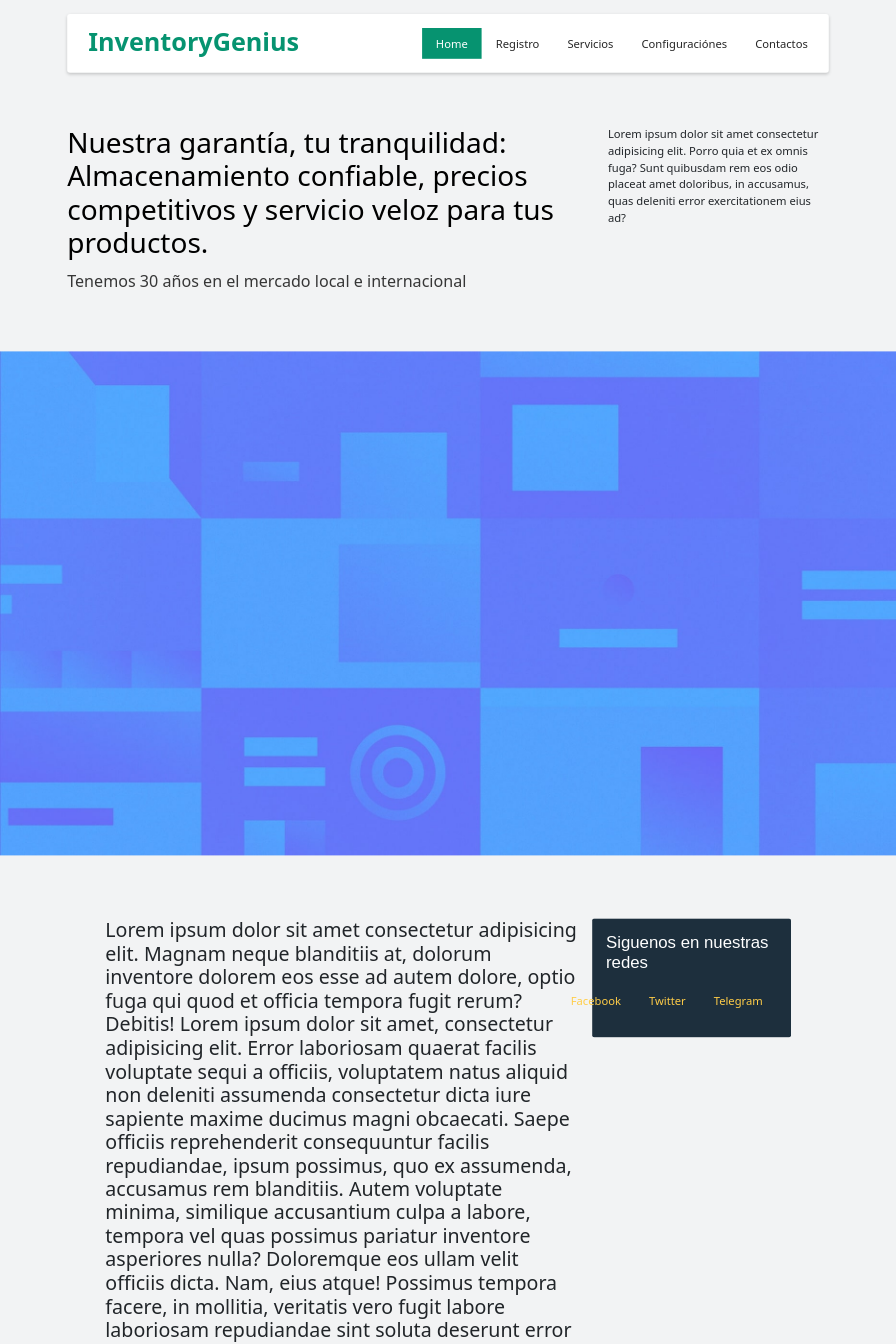
Repository: Sirius018/InventoryGenius
Page: http://localhost/Home
The author's editor kept a copy of each file at every save. The page is drawn from the files as they stood at one save, then again after the next save.
The browser window is 1280 px wide. The pictures show the part of the page from y = 0 to 1920 px (the page is 4127 px tall), at 70% of full size.
The page is this project's Thymeleaf template; nobody is signed in. The template is opened directly, without the code that normally fills it, so the values that code supplies are empty.

Above is the page before, as saved 2023-06-06 18:04:26.

### ADW/InventoryGenius/src/main/resources/templates/Home.html
<!DOCTYPE html>
<html lang="en" xmlns:th="http://www.thymeleaf.org">
<head>
    <meta charset="UTF-8">
    <meta http-equiv="X-UA-Compatible" content="IE=edge">
    <meta name="viewport" content="width=device-width, initial-scale=1.0">
    <link href="https://stackpath.bootstrapcdn.com/font-awesome/4.7.0/css/font-awesome.min.css" rel="stylesheet">
    <link href="https://cdn.jsdelivr.net/npm/bootstrap@5.3.0/dist/css/bootstrap.min.css" rel="stylesheet" integrity="sha384-9ndCyUaIbzAi2FUVXJi0CjmCapSmO7SnpJef0486qhLnuZ2cdeRhO02iuK6FUUVM" crossorigin="anonymous">

    <title>Home - Inventory Genius</title>
    <style>
        /********************************** RESET PROPIEDADES **********************************/
* {
    margin: 0;
    padding: 0;
    box-sizing: border-box;
}

body{
   background: #F2F3F4;
}
/************************************************************************************************************/



.content-navbar{
    position: relative;
    max-width: 85%;
    margin: 20px auto;
    padding: 10px;
    background: #fff;
    box-sizing: border-box;
    border-radius: 4px;
    box-shadow: 0 2px 5px rgba(0,0,0,.2);
}

.logo{
    color: #069370;
    height: 60px;
    line-height: 60px;
    padding: 0 20px;
    font-size: 36px;
    text-align: center;
    float: left;
    font-weight: 700;
    text-decoration: none;
}

nav{
    float: right;
}

.clearfix{
    clear: both;
}

nav ul{
    margin: 0;
    padding: 0;
    display: flex;
}

nav ul li{
    list-style: none;
}

nav ul li a{
    display: block;
    margin: 10px 0;
    padding: 10px 20px;
    text-decoration: none;
    color: #262626;
}

nav ul li a:hover,
nav ul li a.active{
    background: #069370;
    color: #fff;
    transition: .5s;
}

@media (max-width: 900px) {
    header{
        margin: 20px;
    }
}

@media (max-width: 768px) {
    .menu-toggle{
        display: block;
        width: 40px;
        height: 40px;
        margin: 10px;
        float: right;
        cursor: pointer;
        text-align: center;
        font-size: 30px;
        color: #096370;
    }
    .menu-toggle::before{
        content: '\f0c9';
        font-family: fontAwesome;
        line-height: 40px;

    }
    .menu-toggle.active:before{
        content: '\f00d';
    }
    nav{
        display: none;
    }
    nav.active{
        display: block;
        width: 100%;
    }
    nav.active ul{
        display: block;
    }
    nav.active ul li a{
        margin: 0;
    }
}






main{
    width: 90%;
    margin: 0 auto;
}

.content-title{
    position: relative;
    width: 85%;
    margin: 0 auto;
    text-align:left;
    display: flex;
}

.intert-mid .content-title .lema{
    width: 69%;
    margin-right: 1%;
}
.intert-mid .content-title h1{
    color: #000;
}

.content-title h1 span{
    font-size: 23px;
    color: #363636;
}

.intert-mid .content-title .vacio{
    width: 29%;
    margin-left: 1%;
}

.contenedor-imagen {
	height: 100vh;
    width: 100%;
    margin: 0 auto;
    image-rendering: crisp-edges;
}

.contenedor-imagen img {
	width: 100%;
	height: 100%;
	vertical-align: top;
	object-fit: cover;
	object-position: 0 bottom;
}




main .content-main{
    width: 85%;
    display: flex;
    margin: 0 auto;
}

.content-main .info{
    position: relative;
    min-width: 69%;
    margin: 15px 0;
    margin-right: 1%;
}
.content-main .content-aside{
    position: relative;
    min-width:29%;
    margin: 15px 0 ;
    height: 100%;
	background: #1D2F3D;
	padding: 20px;
	border-radius: 3px;
	position: sticky;
	top: 20px;
    margin-left: 1%;
}


.content-aside .aside-redes{
    font-family: 'Montserrat', sans-serif;
    color: #fff;
    text-align: left;
	/*font-weight: normal;*/
}


.content-aside .indice ul{
    display: flex;
}
.content-aside .indice ul li a{
    color: #FFCD48
}


/*pagina de referencia: https://webflow.com/blog/business-website-examples  */



/* separacion arriva-abajo de los componentes padres */
.content-title, .contenedor-imagen, main{
    margin: 75px auto;
}



footer{
   width: 90%;
   margin: 50px auto;
   display: block;
}
    </style>
</head>
<body>

	<header class="asssssss">
        <div class="content-navbar">
            <a class="logo" href="#">InventoryGenius</a>
            <div class="menu-toggle"></div>
            <nav>
                <ul>
                    <li><a class="active" href="#">Home</a></li>
                    <li><a href="#">Registro</a></li>
                    <li><a href="#">Servicios</a></li>
                    <li><a href="#">Configuraciónes</a></li>
                    <li><a href="#">Contactos</a></li>
                </ul>
            </nav>
            <div class="clearfix"></div>
        </div>
    </header>

    <div class="intert-mid">
        <div class="content-title">
            <div class="lema">
                <h1>Nuestra garantía, tu tranquilidad: Almacenamiento confiable, precios competitivos y servicio veloz para tus productos. <br><span>Tenemos 30 años en el mercado local e internacional</span></h1>
            </div>
            <div class="vacio">
                <p>Lorem ipsum dolor sit amet consectetur adipisicing elit. Porro quia et ex omnis fuga? Sunt quibusdam rem eos odio placeat amet doloribus, in accusamus, quas deleniti error exercitationem eius ad?</p>
            </div>
        </div>
        <div class="contenedor-imagen">
            <a href="#blog">
                <img src="../static/master_image/image_home/back-img.jpeg" alt="">
            </a>
        </div>
    </div>


    <main>
        <div class="content-main">
            <div class="info">
                <h3>Lorem ipsum dolor sit amet consectetur adipisicing elit. Magnam neque blanditiis at, dolorum inventore dolorem eos esse ad autem dolore, optio fuga qui quod et officia tempora fugit rerum? Debitis!
                    Lorem ipsum dolor sit amet, consectetur adipisicing elit. Error laboriosam quaerat facilis voluptate sequi a officiis, voluptatem natus aliquid non deleniti assumenda consectetur dicta iure sapiente maxime ducimus magni obcaecati.
                    Saepe officiis reprehenderit consequuntur facilis repudiandae, ipsum possimus, quo ex assumenda, accusamus rem blanditiis. Autem voluptate minima, similique accusantium culpa a labore, tempora vel quas possimus pariatur inventore asperiores nulla?
                    Doloremque eos ullam velit officiis dicta. Nam, eius atque! Possimus tempora facere, in mollitia, veritatis vero fugit labore laboriosam repudiandae sint soluta deserunt error distinctio unde illo ab. Accusantium, numquam.</h3>
                    <h3>Lorem ipsum dolor sit amet consectetur adipisicing elit. Magnam neque blanditiis at, dolorum inventore dolorem eos esse ad autem dolore, optio fuga qui quod et officia tempora fugit rerum? Debitis!
                        Lorem ipsum dolor sit amet, consectetur adipisicing elit. Error laboriosam quaerat facilis voluptate sequi a officiis, voluptatem natus aliquid non deleniti assumenda consectetur dicta iure sapiente maxime ducimus magni obcaecati.
                        Saepe officiis reprehenderit consequuntur facilis repudiandae, ipsum possimus, quo ex assumenda, accusamus rem blanditiis. Autem voluptate minima, similique accusantium culpa a labore, tempora vel quas possimus pariatur inventore asperiores nulla?
                        Doloremque eos ullam velit officiis dicta. Nam, eius atque! Possimus tempora facere, in mollitia, veritatis vero fugit labore laboriosam repudiandae sint soluta deserunt error distinctio unde illo ab. Accusantium, numquam.</h3>
                        <h3>Lorem ipsum dolor sit amet consectetur adipisicing elit. Magnam neque blanditiis at, dolorum inventore dolorem eos esse ad autem dolore, optio fuga qui quod et officia tempora fugit rerum? Debitis!
                            Lorem ipsum dolor sit amet, consectetur adipisicing elit. Error laboriosam quaerat facilis voluptate sequi a officiis, voluptatem natus aliquid non deleniti assumenda consectetur dicta iure sapiente maxime ducimus magni obcaecati.
                            Saepe officiis reprehenderit consequuntur facilis repudiandae, ipsum possimus, quo ex assumenda, accusamus rem blanditiis. Autem voluptate minima, similique accusantium culpa a labore, tempora vel quas possimus pariatur inventore asperiores nulla?
                            Doloremque eos ullam velit officiis dicta. Nam, eius atque! Possimus tempora facere, in mollitia, veritatis vero fugit labore laboriosam repudiandae sint soluta deserunt error distinctio unde illo ab. Accusantium, numquam.</h3>
            </div>
            <div class="content-aside">
                <h4 class="aside-redes">Siguenos en nuestras redes</h4>
				<nav class="indice">
					<ul>
                        <li><a href="">Facebook</a></li>
                        <li><a href="">Twitter</a></li>
                        <li><a href="">Telegram</a></li>
                    </ul>
				</nav>
            </div>
        </div>
    </main>

    <footer>
        <p>Lorem ipsum, dolor sit amet consectetur adipisicing elit. Nihil rem repellendus ducimus esse, maxime recusandae eligendi. Temporibus sit consequatur, accusantium cum provident corrupti doloribus maiores quidem consequuntur qui minima ex?
        Enim et aperiam cum necessitatibus dolores maiores nam, tempore quos repellat, laboriosam ad laborum tempora, earum iusto praesentium! In iste omnis provident fuga similique dicta eaque rerum! Provident, deleniti tenetur!
        Dicta dignissimos id laborum, aliquid quaerat aspernatur assumenda laudantium. Et earum deleniti nam maiores, aliquam voluptate excepturi exercitationem inventore dolor eaque! Autem illo vero, architecto accusantium quasi vel odio ratione?
        Quia nihil numquam, rerum eveniet facere officiis, vel eligendi aliquam non repellendus exercitationem! Blanditiis veniam unde, expedita cupiditate quaerat reiciendis molestiae tempore aliquid eveniet? Necessitatibus amet aperiam delectus adipisci vitae.
        Quidem vel, mollitia dolores reiciendis eum a perferendis saepe, impedit nobis distinctio fugit dolor perspiciatis enim. Quo, voluptatem quidem in placeat reiciendis est repellendus doloremque veritatis quaerat blanditiis laudantium maxime.
        Rerum eum magnam iste accusantium dolorem commodi, nihil hic nam voluptates natus soluta debitis maiores expedita labore suscipit dolor reprehenderit cum accusamus ea optio corrupti exercitationem facilis ex. Sit, corrupti.
        Qui ab earum est rem distinctio saepe porro, totam dicta accusamus, nulla delectus magni fugiat labore! Sint repellat tenetur harum accusantium quae nulla dignissimos et placeat, autem facilis commodi tempora!
        Magnam perferendis aliquid id totam, est consequatur similique quam mollitia ex officia deleniti voluptate iusto et aliquam obcaecati amet fuga beatae architecto at ipsam! Facilis culpa soluta nobis quam excepturi.
        Soluta nulla corrupti sapiente quis? Eius perferendis eaque, magnam aliquam totam consectetur non ipsam mollitia minima aliquid? Deleniti sed praesentium natus eos, numquam ab quo voluptate dolor odit ratione sit.
        Modi dicta consectetur voluptas nostrum, vel excepturi alias eum deleniti eaque aut magni molestiae maxime ad saepe quae quia rerum! Modi, obcaecati. Aut, adipisci repellendus maxime nisi nam placeat odio? </p>
        <p>Lorem ipsum dolor sit amet consectetur adipisicing elit. Nisi esse quod labore rerum eos voluptas iste vel qui? Asperiores nihil alias officiis repudiandae eum eius, reprehenderit pariatur perspiciatis molestias ad.
        Corrupti blanditiis obcaecati repudiandae, sed in sint cupiditate explicabo amet aspernatur impedit iste quas, inventore repellendus quaerat quia ad optio facere ipsam quos ab, totam nostrum? Officia corporis corrupti totam.
        Sit quisquam architecto ut odit tempore explicabo, laboriosam dolores, odio dicta alias voluptas consectetur quasi est doloremque quibusdam quod quam asperiores itaque at voluptatibus veritatis ab exercitationem rerum! Voluptate, quasi!
        Voluptas, in incidunt nihil dolore atque corporis perferendis consectetur distinctio porro laborum repudiandae mollitia reprehenderit sequi odit perspiciatis nemo dolorum ratione quod. Corporis possimus, eaque dolores perspiciatis sequi ipsum mollitia.
        Consequatur inventore, esse repudiandae sequi, sint reiciendis eos nihil sunt at veniam perspiciatis ducimus amet dolores omnis voluptates alias quaerat, ut ipsam impedit placeat nulla dolorem? Velit dolores aut nisi.
        Nulla magnam architecto est animi ipsam numquam, adipisci deleniti, autem nisi non quae aliquam at quam nobis maxime, et ut distinctio aut saepe. Itaque atque magnam officia provident in molestias.
        Laudantium doloremque odit sapiente corrupti. Distinctio perferendis eaque quam quo dignissimos reiciendis quis! Nihil dolorum consequuntur quo blanditiis commodi beatae pariatur veniam quia iste aliquid maxime, deserunt consequatur, placeat voluptatem.
        Inventore, temporibus? Dolor ipsam molestiae libero, rerum autem dolorum, velit non, at ut ducimus vitae architecto veniam accusantium nam deserunt. Vitae tempora nihil nemo, repellat quidem et a ducimus. Quam!
        Laudantium quo laboriosam magni eveniet veritatis commodi repellat in perspiciatis a. Fugit voluptatibus tenetur officia temporibus ad quasi, ratione animi nihil asperiores quia dolorem suscipit illo laudantium aperiam assumenda eum!</p>
    </footer>


<script src="https://code.jquery.com/jquery-3.6.0.js" integrity="sha256-H+K7U5CnXl1h5ywQfKtSj8PCmoN9aaq30gDh27Xc0jk=" crossorigin="anonymous"></script>
<script src="https://cdn.jsdelivr.net/npm/bootstrap@5.3.0/dist/js/bootstrap.bundle.min.js" integrity="sha384-geWF76RCwLtnZ8qwWowPQNguL3RmwHVBC9FhGdlKrxdiJJigb/j/68SIy3Te4Bkz" crossorigin="anonymous"></script>
<script src="../static/js/home.js"></script>
</body>
</html>

### ADW/InventoryGenius/src/main/resources/static/js/home.js
$(document).ready(function(){
    $('.menu-toggle').click(function(){
        $('.menu-toggle').toggleClass('active')
        $('nav').toggleClass('active')
    })
})

After the next save:
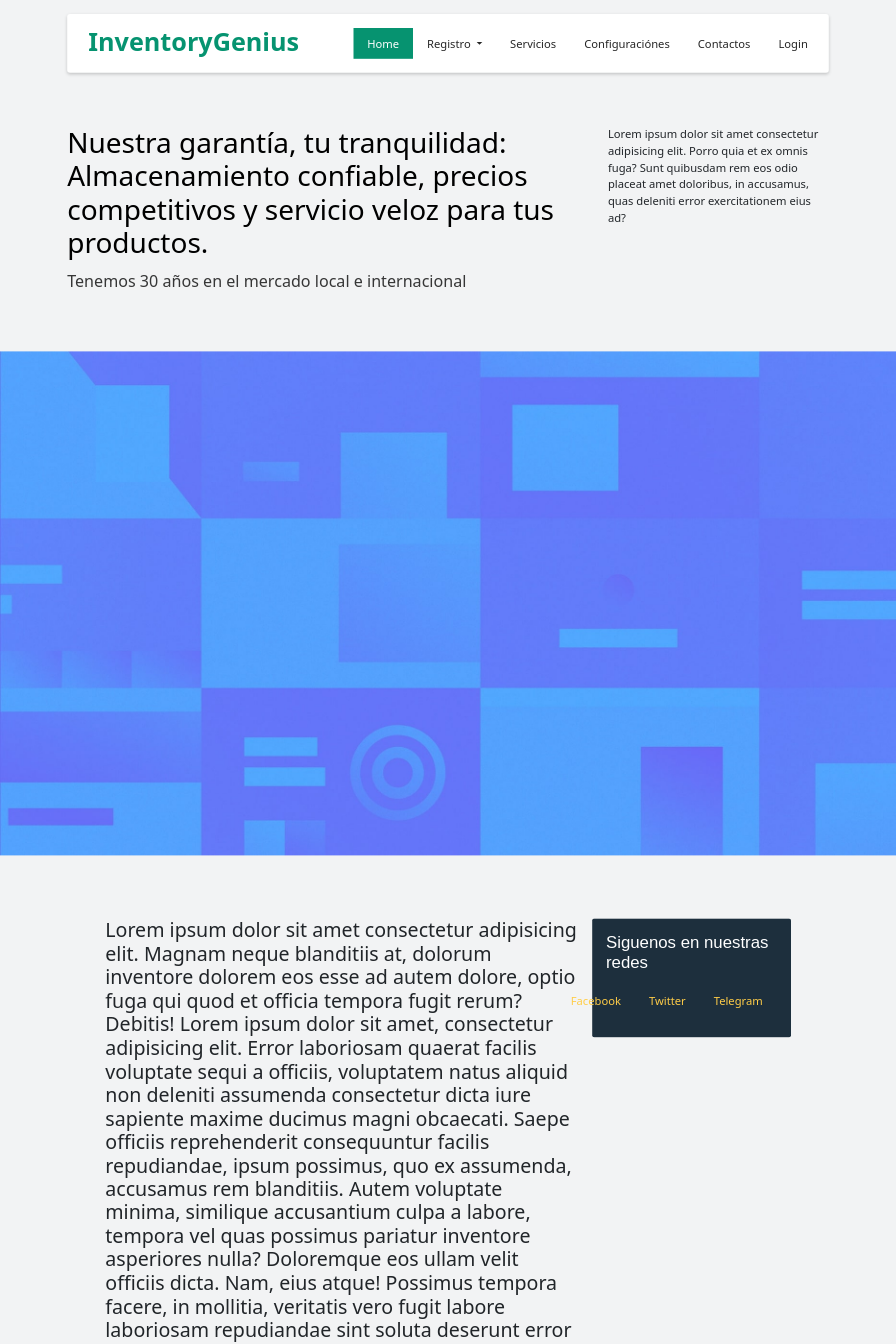
Saved 60 min 27 s later.
--- a/ADW/InventoryGenius/src/main/resources/templates/Home.html
+++ b/ADW/InventoryGenius/src/main/resources/templates/Home.html
@@ -244,10 +244,21 @@ footer{
             <nav>
                 <ul>
                     <li><a class="active" href="#">Home</a></li>
-                    <li><a href="#">Registro</a></li>
+                    <li class="nav-item dropdown">
+                        <a class="dropdown-toggle" href="#" data-bs-toggle="dropdown" aria-expanded="false">
+                          Registro
+                        </a>
+                        <ul class="dropdown-menu">
+                          <li><a class="dropdown-item" href="#">Proveedores</a></li>
+                          <li><a class="dropdown-item" href="#">productos</a></li>
+                          <li><a class="dropdown-item" href="#">Empresas</a></li>
+
+                        </ul>
+                      </li>
                     <li><a href="#">Servicios</a></li>
                     <li><a href="#">Configuraciónes</a></li>
                     <li><a href="#">Contactos</a></li>
+                    <li><a href="">Login</a></li>
                 </ul>
             </nav>
             <div class="clearfix"></div>
